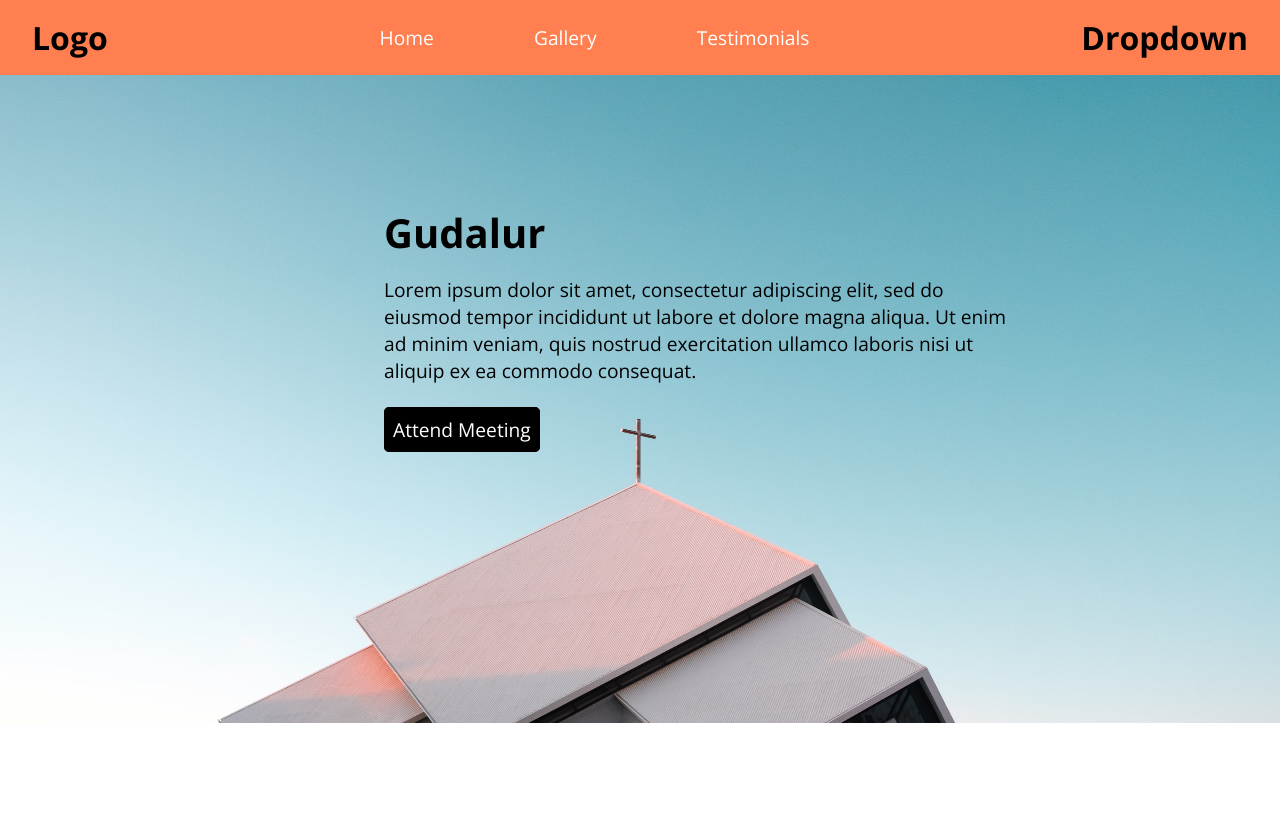
Repository: Imprasna/church
Page: index.html
These files come from the project's save history. The page is drawn as it stood at one moment and after a run of saves; the edit follows.
The browser window is 1280 px wide. The pictures show the whole page.

Above is the page before, as saved 2022-01-18 23:03:39.

After the next 4 saves:
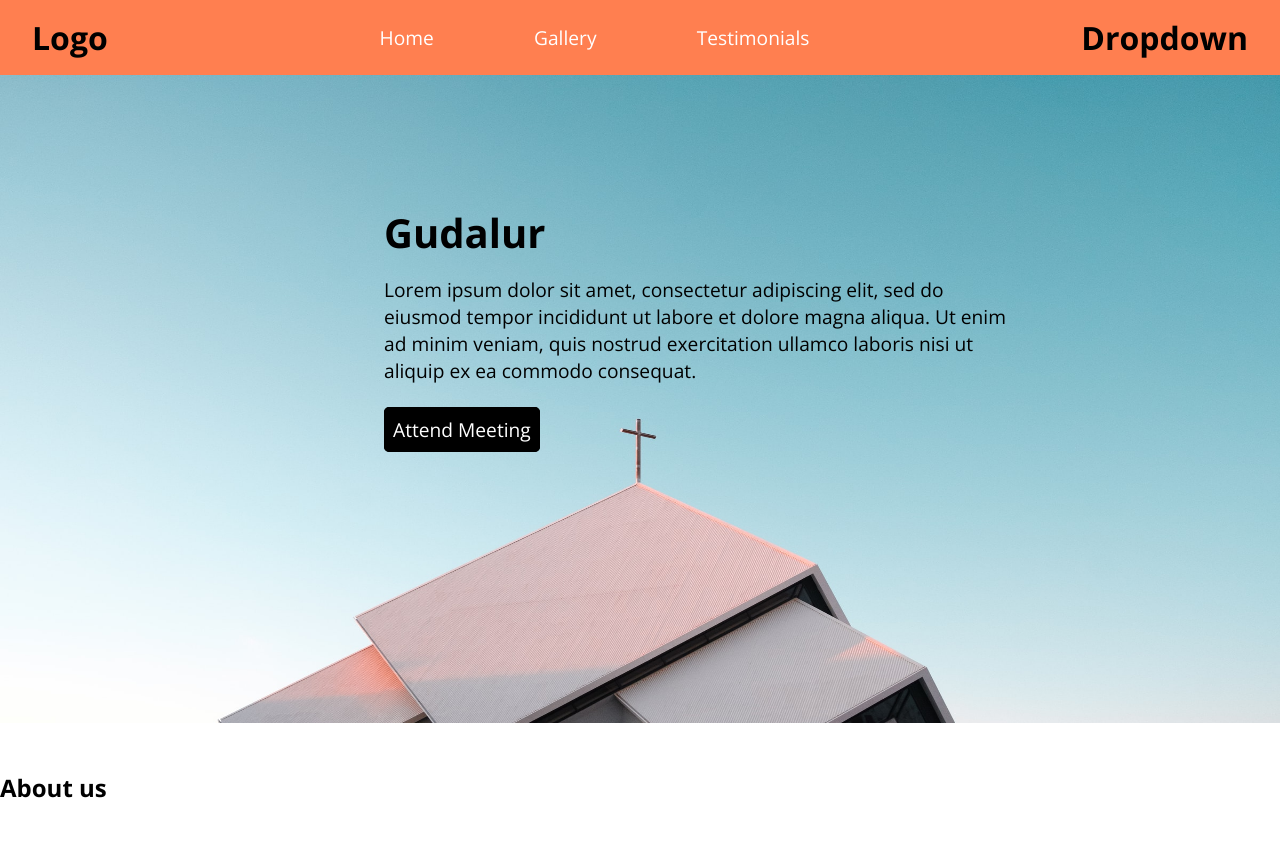
The 4 saves are shown as one change because they came seconds apart.
The last was saved 17 s later.
--- a/index.html
+++ b/index.html
@@ -38,7 +38,7 @@
 
         <section>
             <div class="about_sec">
-
+                <h1>About us</h1>
             </div>
         </section>
 
